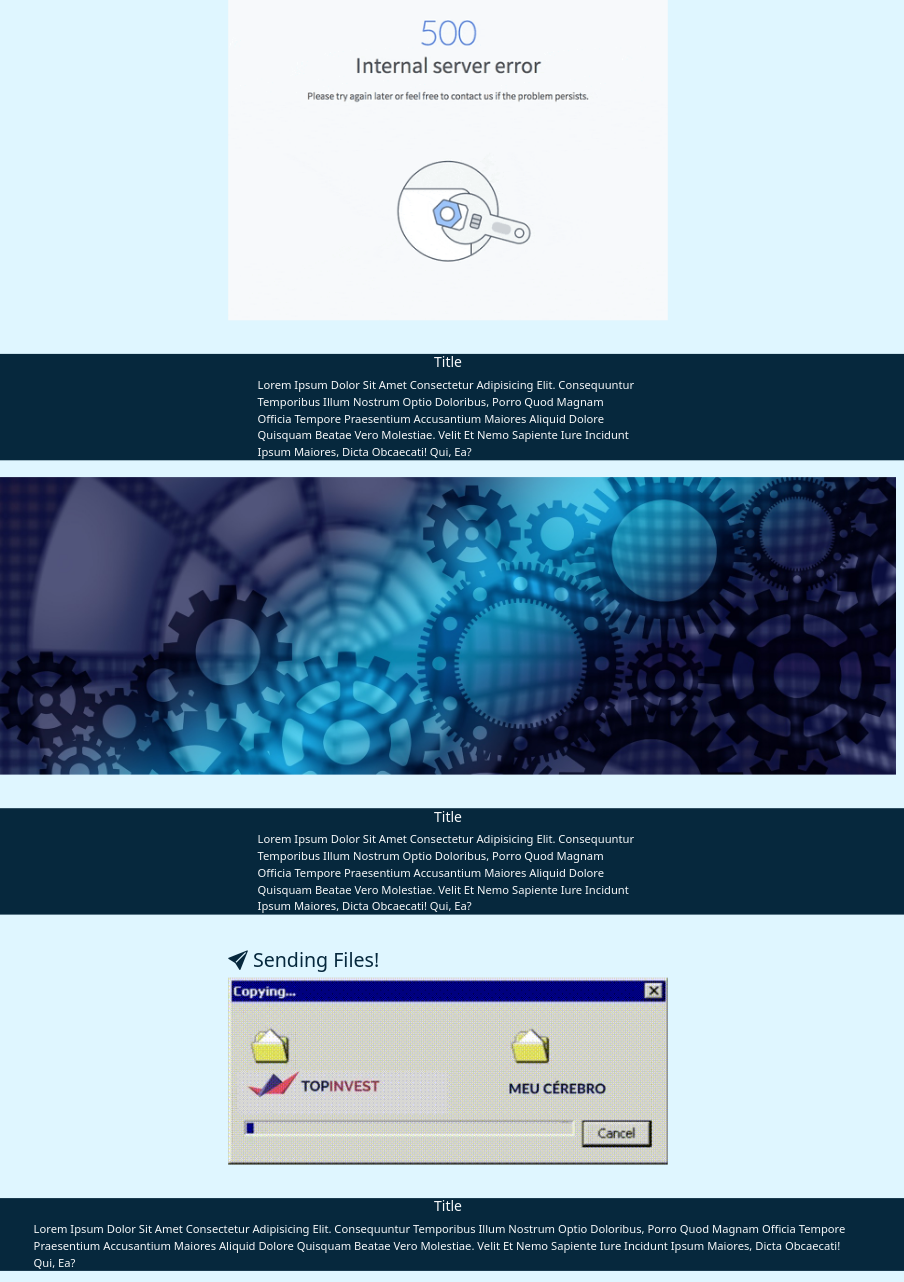
Repository: initer3737/initer3737.github.io
Page: index.html
An editor plug-in stored every save of this project. The page is shown before and after the next save, followed by the edit.
The browser window is 1280 px wide. The page is 1292 px wide, so the pictures cover 1292 px, including what lies to the right of the window. The pictures show the part of the page from y = 2191 to 4071 px (the page is 4023 px tall before and 4071 px after), at 70% of full size.
Some web libraries are served in a nearby version.

Above is the page before, as saved 2022-06-12 22:40:55.
Console error: TypeError: Cannot set properties of null (setting 'innerHTML')

After the next save:
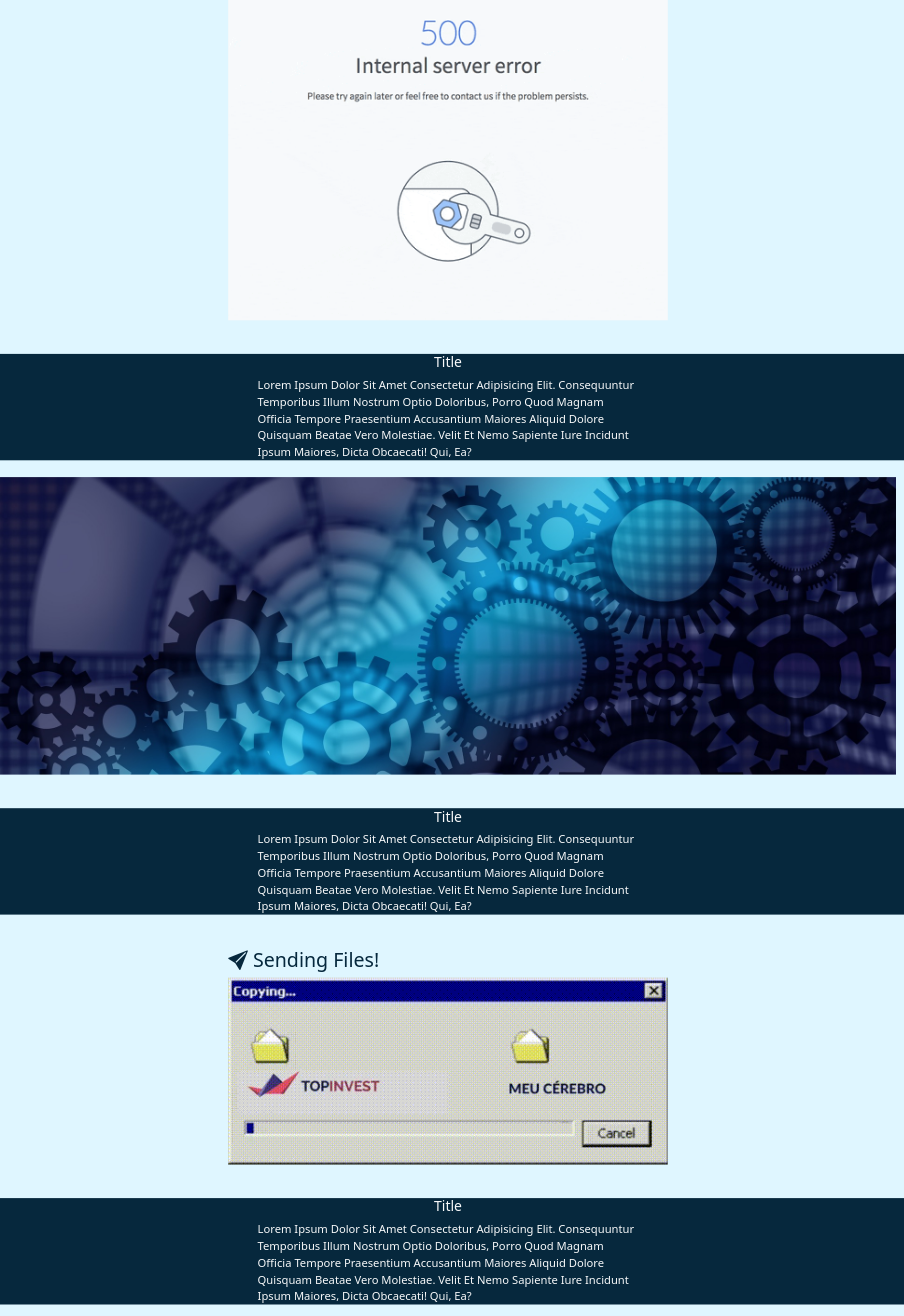
Saved 11 s later.
--- a/index.html
+++ b/index.html
@@ -126,7 +126,7 @@
            </div>
            <div class="col-12 mt-5 m-auto bg-4 text-light mb-3">
             <div class="text-center "><h5>title</h5></div>
-            <div class="text-start  px-5 xs-w-50 m-auto">
+            <div class="text-start  px-5 w-50 m-auto">
                Lorem ipsum dolor sit amet consectetur adipisicing elit. Consequuntur temporibus illum nostrum optio doloribus, porro quod magnam officia tempore praesentium accusantium maiores aliquid dolore quisquam beatae vero molestiae. Velit et nemo sapiente iure incidunt ipsum maiores, dicta obcaecati! Qui, ea?
             </div>
           </div>

After the 2 saves that followed:
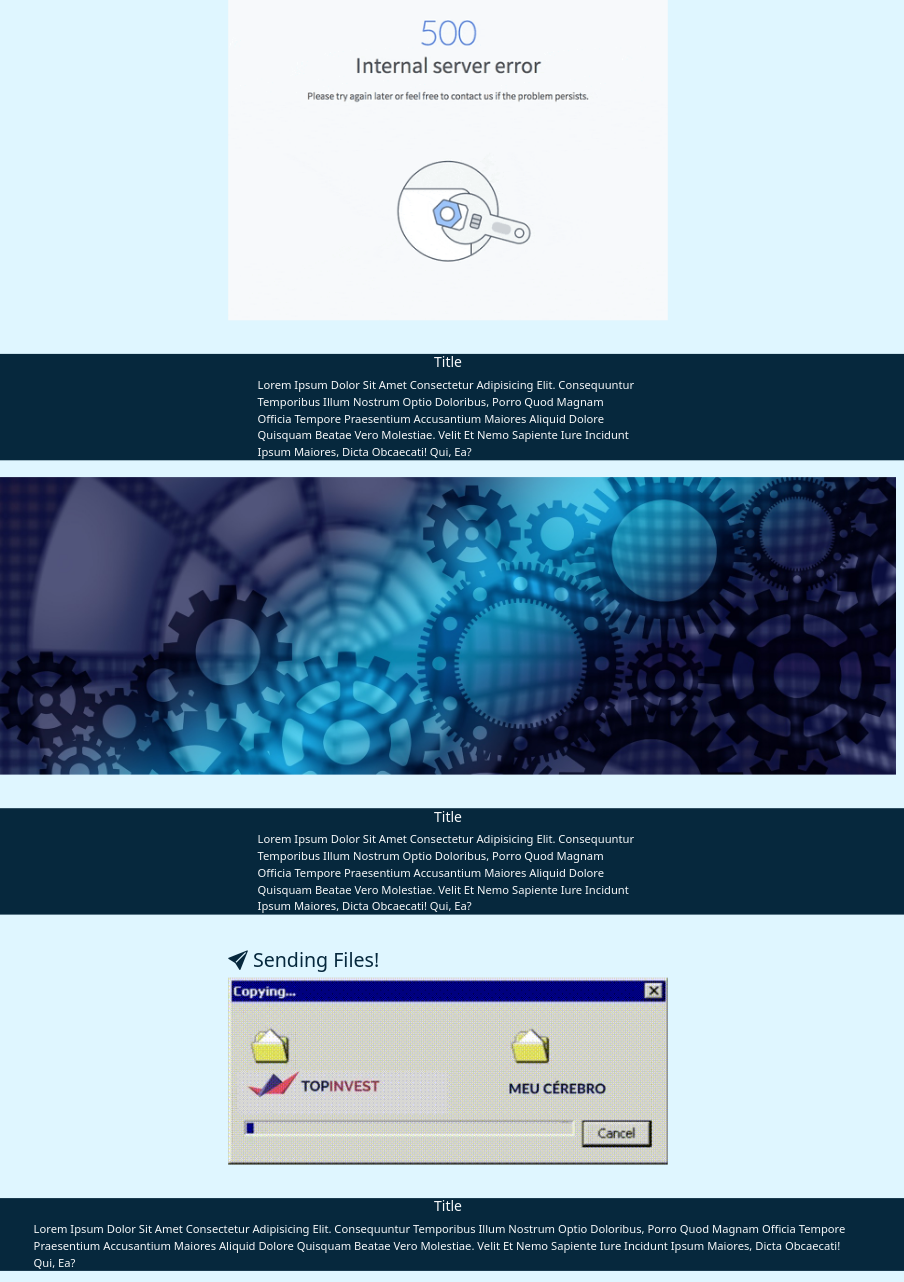
The 2 saves are shown as one change because they came seconds apart.
The last was saved 11 s later.
--- a/index.html
+++ b/index.html
@@ -126,7 +126,7 @@
            </div>
            <div class="col-12 mt-5 m-auto bg-4 text-light mb-3">
             <div class="text-center "><h5>title</h5></div>
-            <div class="text-start  px-5 w-50 m-auto">
+            <div class="text-start  px-5 col- m-auto">
                Lorem ipsum dolor sit amet consectetur adipisicing elit. Consequuntur temporibus illum nostrum optio doloribus, porro quod magnam officia tempore praesentium accusantium maiores aliquid dolore quisquam beatae vero molestiae. Velit et nemo sapiente iure incidunt ipsum maiores, dicta obcaecati! Qui, ea?
             </div>
           </div>
